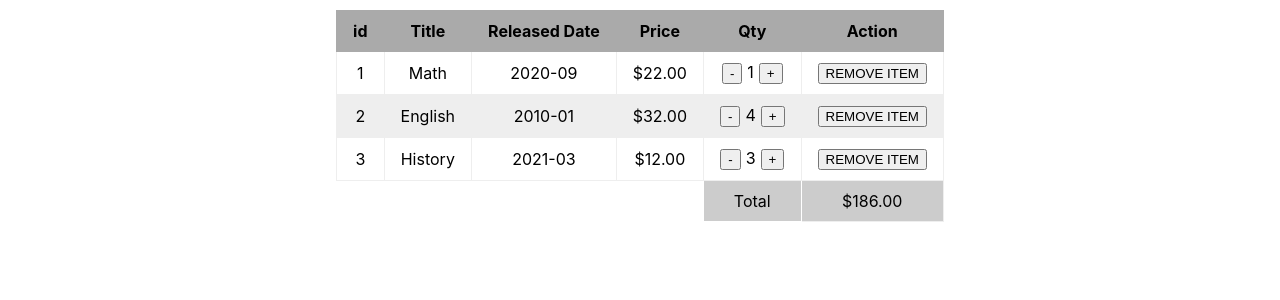
Repository: vgg1kkh/myBookStoreBasket
Page: /
These files come from the project's save history. The page is drawn as it stood at one moment and after a run of saves; the edit follows.
The browser window is 1280 px wide. The pictures show the whole page.
The project was rebuilt for these pictures with package versions that can differ from the ones it lists, and the page was loaded fresh each time.

Above is the page before, as saved 2021-10-07 19:43:32.

### public/index.html
<!DOCTYPE html>
<html lang="en">
  <head>
    <meta charset="utf-8" />
    <link rel="icon" href="%PUBLIC_URL%/favicon.ico" />
    <meta name="viewport" content="width=device-width, initial-scale=1" />
    <meta name="theme-color" content="#000000" />
    <meta
      name="description"
      content="Web site created using create-react-app"
    />
    <title>React App</title>
  </head>
  <body>
    <noscript>You need to enable JavaScript to run this app.</noscript>
    <div id="root"></div>

  </body>
</html>

### src/App.js
import React, { Component } from "react";
import { formatPrice } from "./format-util";
import "./App.css";

export default class App extends Component {
  constructor() {
    super();
    this.state = {
      bookList: [
        { id: 3, name: "Math", date: "2020-09", price: 22, number: 1 },
        { id: 4, name: "English", date: "2010-01", price: 32, number: 4 },
        { id: 5, name: "History", date: "2021-03", price: 12, number: 3 },
      ],
    };
  }

  onAdd(e, id) {
    const updBookList = this.state.bookList.map((item) => {
      if (item.id === id) {
        item.number += 1;
      }
      if (item.number === 1) {
      }
      return item;
    });
    this.setState({ bookList: updBookList });
  }

  onReduce(e, id) {
    const updBookList = this.state.bookList.map((item) => {
      if (item.id === id) {
        if (item.number === 1) {
          e.target.disabled = true;
        }
        item.number -= 1;
      }
      return item;
    });
    this.setState({ bookList: updBookList });
  }

  onRemove(id) {
    this.setState({
      bookList: this.state.bookList.filter((item) => item.id !== id),
    });
  }

  getTotalPrice() {
    // this.state.bookList.reduce(
    //   (pre, item) => (pre = item.price * item.number + pre)
    // );
    let totalPrice = 0;
    for (let i of this.state.bookList) {
      totalPrice = i.price * i.number + totalPrice;
    }
    return totalPrice;
  }

  renderBooks() {
    return this.state.bookList.map((item, index) => {
      return (
        <tr key={item.id}>
          <td>{index + 1}</td>
          <td>{item.name}</td>
          <td>{item.date}</td>
          <td>{formatPrice(item.price)}</td>
          <td>
            <button
              disabled={item.number < 1 ? true : false}
              onClick={(e) => this.onReduce(e, item.id)}
            >
              -
            </button>
            <span className="book-qty">{item.number}</span>
            <button onClick={(e) => this.onAdd(e, item.id)}>+</button>
          </td>
          <td>
            <button onClick={() => this.onRemove(item.id)}>REMOVE ITEM</button>
          </td>
        </tr>
      );
    });
  }

  renderEmyptTip() {
    return (
      <tr style={{border:'transparent',outline:'none'}}>
        <td style={{border:'transparent',outline:'none'}}>Nothing to check out</td>
      </tr>
    );
  }
  render() {
    return (
      <>
        <div>
          <table className="table-wrapper">
            <thead>
              <tr>
                <th>id</th>
                <th>Title</th>
                <th>Released Date</th>
                <th>Price</th>
                <th>Qty</th>
                <th>Action</th>
              </tr>
            </thead>
            <tbody>
              {this.state.bookList.length > 0
                ? this.renderBooks()
                : this.renderEmyptTip()}
              <tr style={{display: (this.state.bookList)}}>
                <td></td>
                <td></td>
                <td></td>
                <td></td>
                <td>Total</td>
                <td>{formatPrice(this.getTotalPrice())}</td>
              </tr>
            </tbody>
          </table>
        </div>
      </>
    );
  }
}

### src/format-util.js
export function formatPrice(price){
    if(typeof price !== "number"){
        return Number(price) || 0
    }
    return ("$"+price.toFixed(2))
}

### src/App.css
.table-wrapper {
    margin: 10px auto;
    border: 1px solid #eee;
    border-collapse: collapse;
    text-align: center;
}

th,td {
    border: 1px solid #eee;
    padding: 10px 16px;
    /* border-collapse: collapse; */
}

th {
    background-color: #aaa;
    border-color: #aaa
}
table tbody tr:nth-child(2n){
    background-color: #eee;
}

table tbody tr:last-child{
    background-color: #fff;
}

table tbody tr:last-child td:nth-child(n+5) {
    background-color: #ccc;
}

table tbody tr:last-child td:nth-child(-n+5) {
    border-color: #fff;
}
.book-qty {
    margin: 0 5px;
}

Loaded but not shown: src/index.js (common file); src/index.css (common file)

After the next 3 saves:
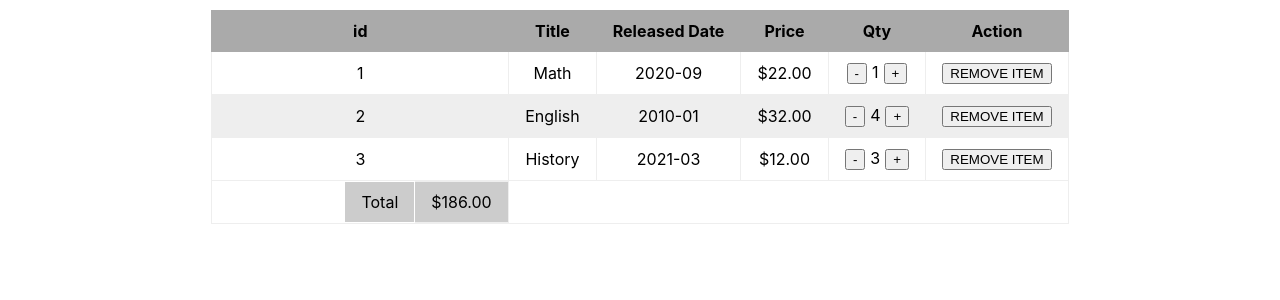
The 3 saves are shown as one change because they came seconds apart.
The last was saved 10 s later.
--- a/src/App.js
+++ b/src/App.js
@@ -108,7 +108,7 @@
               {this.state.bookList.length > 0
                 ? this.renderBooks()
                 : this.renderEmyptTip()}
-              <tr style={{display: (this.state.bookList)}}>
+              <tr style={{display: (this.state.bookList===0? 'none': 'block')}}>
                 <td></td>
                 <td></td>
                 <td></td>

After the 3 saves that followed:
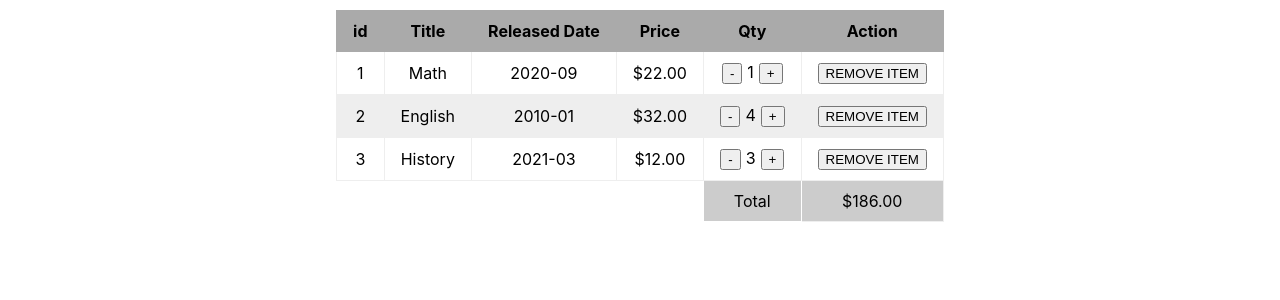
The 3 saves are shown as one change because 1 left the picture as it was and some came seconds apart.
The last was saved 41 s later.
--- a/src/App.js
+++ b/src/App.js
@@ -108,7 +108,7 @@
               {this.state.bookList.length > 0
                 ? this.renderBooks()
                 : this.renderEmyptTip()}
-              <tr style={{display: (this.state.bookList===0? 'none': 'block')}}>
+              <tr style={{display: (this.state.bookList===0? 'none': '')}}>
                 <td></td>
                 <td></td>
                 <td></td>
